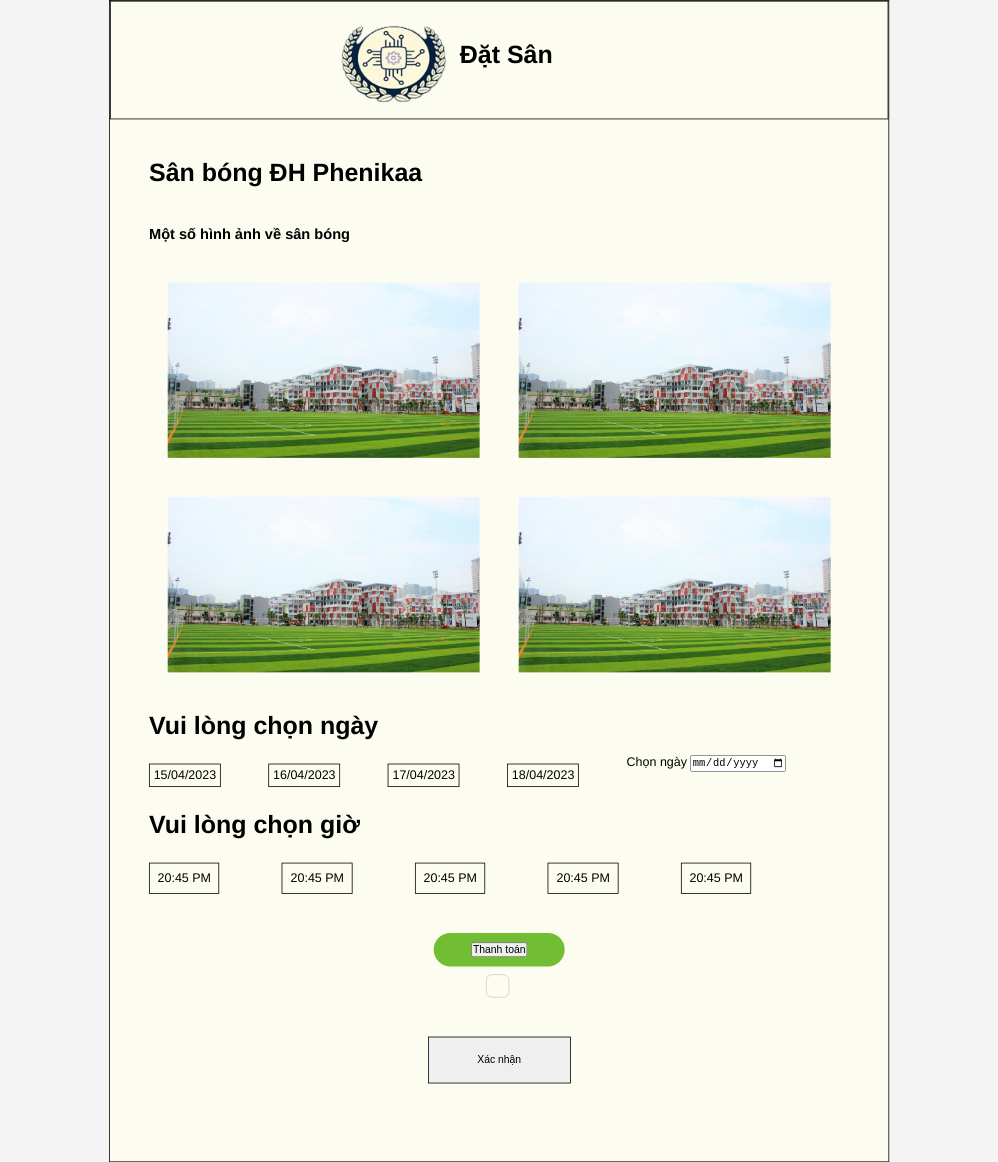
Repository: tus3300/BTL
Page: code/tacket.html
These files come from the project's save history. The page is drawn as it stood at one moment and after a run of saves; the edit follows.
The browser window is 1280 px wide. The pictures show the whole page, at 78% of full size.

Above is the page before, as saved 2023-05-21 00:20:57.

After the next 2 saves:
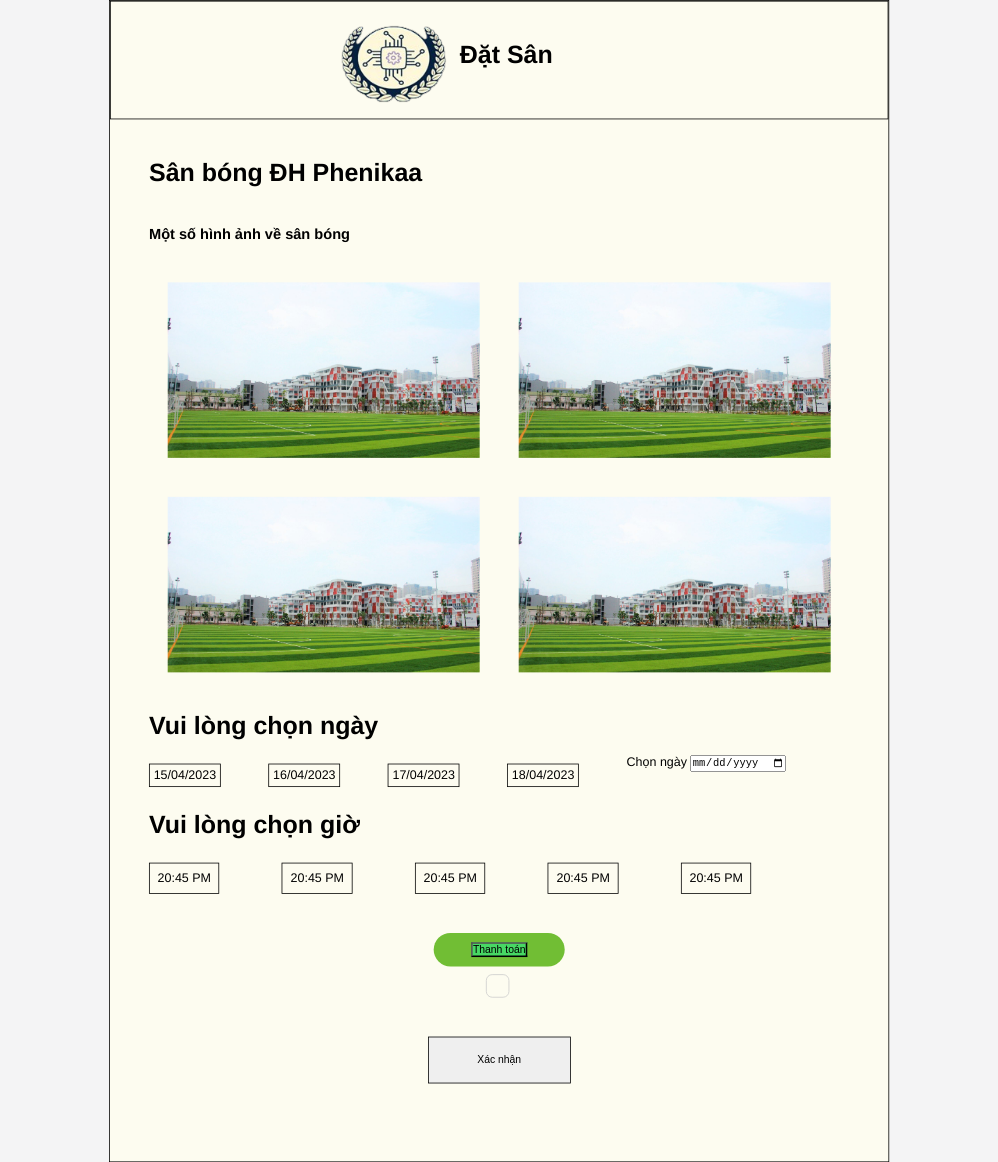
The 2 saves are shown as one change because they came seconds apart.
The last was saved 17 s later.
--- a/code/css/test.css
+++ b/code/css/test.css
@@ -280,6 +280,9 @@
   align-items: center;
   margin-top: 50px;
 }
+.bill-ticket button{
+  background-color: #47d864;
+}
 
 .check-ticket button{
   border: 1px solid #000;
